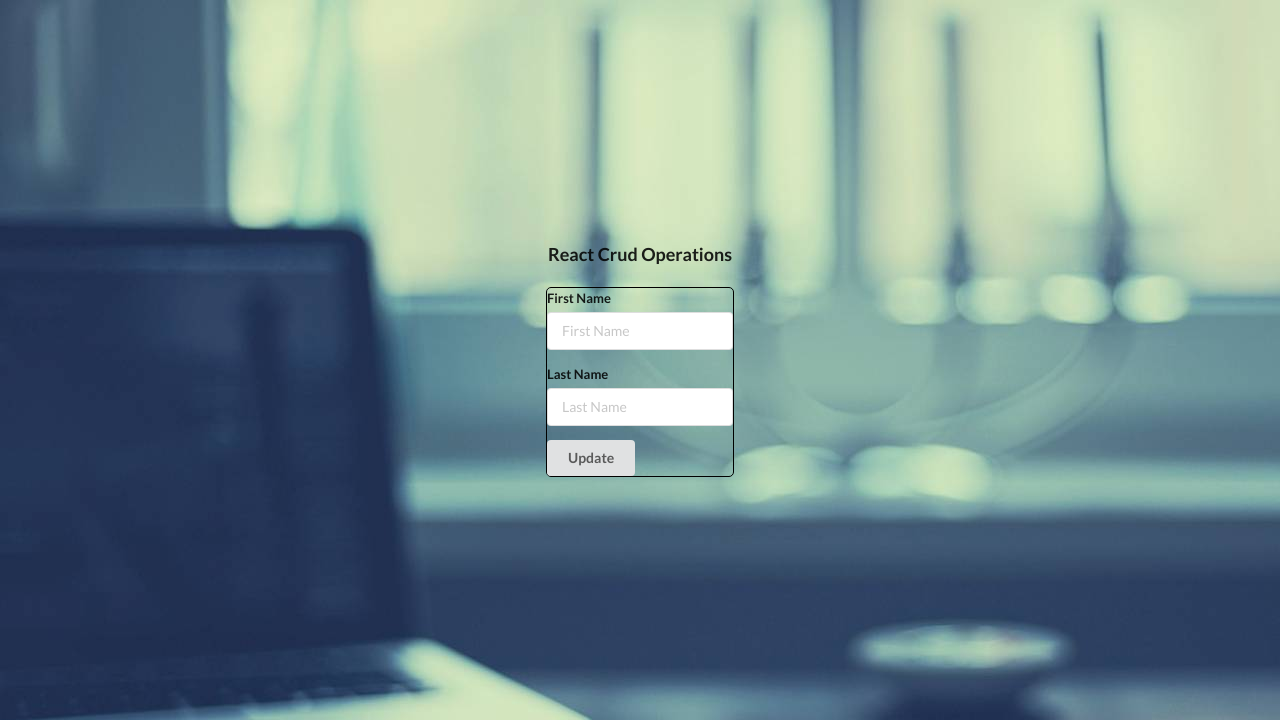
Repository: BhargavRudhra/React-CRUD
Page: /update
These files come from the project's save history. The page is drawn as it stood at one moment and after the next save; the edit follows.
The browser window is 1280 px wide. The pictures show the whole page.
The project was rebuilt for these pictures with package versions that can differ from the ones it lists, and the page was loaded fresh each time. Also part of the build but not shown: src/components/create/create.js, src/components/read/read.js.

Above is the page before, as saved 2022-06-22 23:14:36.

### src/index.js
import React from 'react';
import ReactDOM from 'react-dom';
import './index.css';
import App from './App';
import 'semantic-ui-css/semantic.min.css'

ReactDOM.render(
  <React.StrictMode>
    <App />
  </React.StrictMode>,
  document.getElementById('root')
);

// If you want to start measuring performance in your app, pass a function
// to log results (for example: reportWebVitals(console.log))
// or send to an analytics endpoint. Learn more: https://bit.ly/CRA-vitals

### src/index.css
.form{
    border: 1px solid black;
    border-radius: 5px;
    z-index: 10px;
}

### src/App.js
import './App.css';
import Create from './components/create/create';
import Read from './components/read/read';
import { BrowserRouter as Router, Route } from 'react-router-dom'
import Update from './components/update/update';

function App() {
  return (
    <Router>
      <div className="main">
        <div className='main1'>
          <h3>React Crud Operations</h3>
        </div>

        <div>
          <Route exact path='/' component={Create} />
        </div>

        <div style={{ marginTop: 20 }}>
          <Route exact path='/read' component={Read} />
        </div>

        <Route path='/update' component={Update} />

      </div>
    </Router>
  );
}

export default App;

### src/App.css
.main {
    height: 100vh;
    display: flex;
    justify-content: center;
    align-items: center;
    flex-direction: column;
    width: 100%;
    background-image: url(./images/CRUDpic.jpg);
}

### src/components/update/update.js
import React, { useState, useEffect } from 'react';
import { Form, Button } from 'semantic-ui-react';
import axios from 'axios';
import { useHistory } from 'react-router';
export default function Update() {
    let history = useHistory();
    const [firstName, setFirstName] = useState('');
    const [lastName, setLastName] = useState('');
    const [ID, setID] = useState(null);
    const sendDataToAPI = () => {
        axios.put(`https://crudcrud.com/api/c976988e9e964395b1334615ce84d80d/data${ID}`, {
            firstName,
            lastName
        }).then(() => {
            history.push('/read')
        })
    }

    useEffect(() => {
        setFirstName(localStorage.getItem('firstName'));
        setLastName(localStorage.getItem('lastName'));
        setID(localStorage.getItem('ID'))
    }, [])

    return (
        <div>
            <Form>
                <Form.Field>
                    <label>First Name</label>
                    <input name="fname"
                        value={firstName}
                        onChange={(e) => setFirstName(e.target.value)}
                        placeholder='First Name' />
                </Form.Field>
                <Form.Field>
                    <label>Last Name</label>
                    <input
                        name="lname"
                        value={lastName}
                        placeholder='Last Name'
                        onChange={(e) => setLastName(e.target.value)}
                    />
                </Form.Field>
                <Button type='submit' onClick={sendDataToAPI}>Update</Button>
            </Form>
        </div>
    )
}

Loaded but not shown: public/index.html (common file)

After the next save:
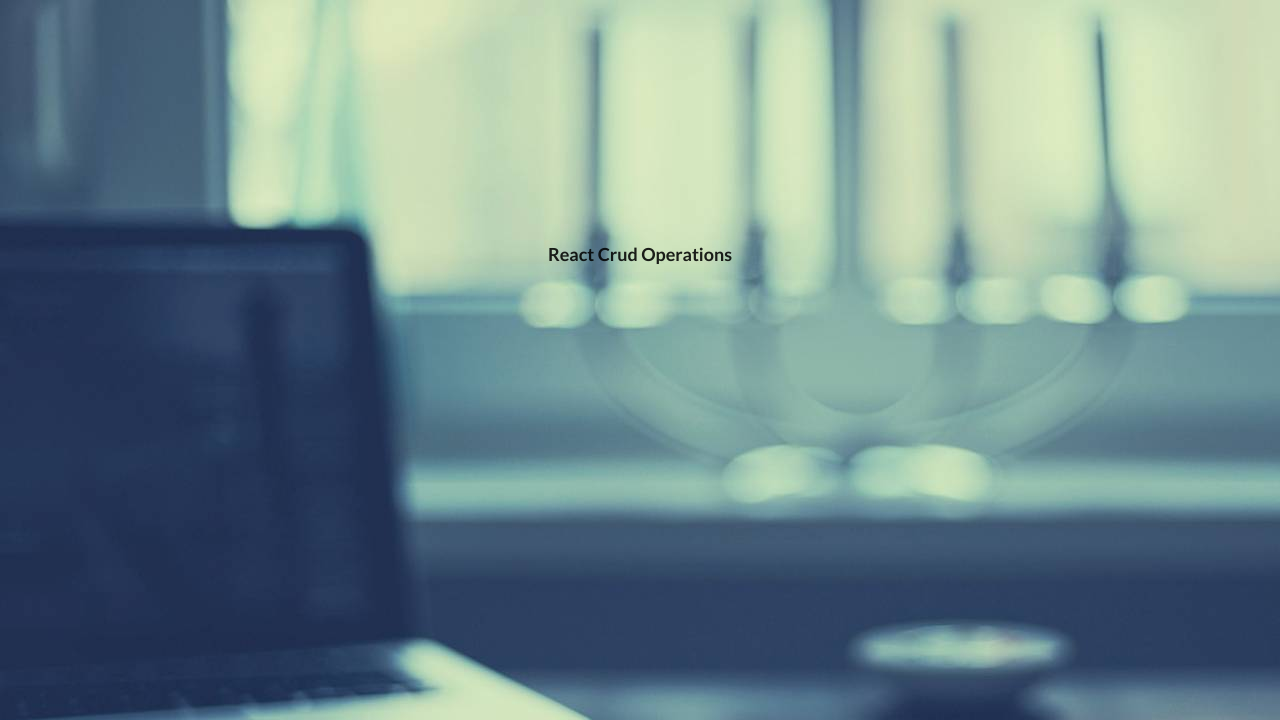
Saved 8 s later.
--- a/src/index.css
+++ b/src/index.css
@@ -1,5 +1,5 @@
 .form{
     border: 1px solid black;
     border-radius: 5px;
-    z-index: 10px;
+    z-index: -1;
 }

After the 2 saves that followed:
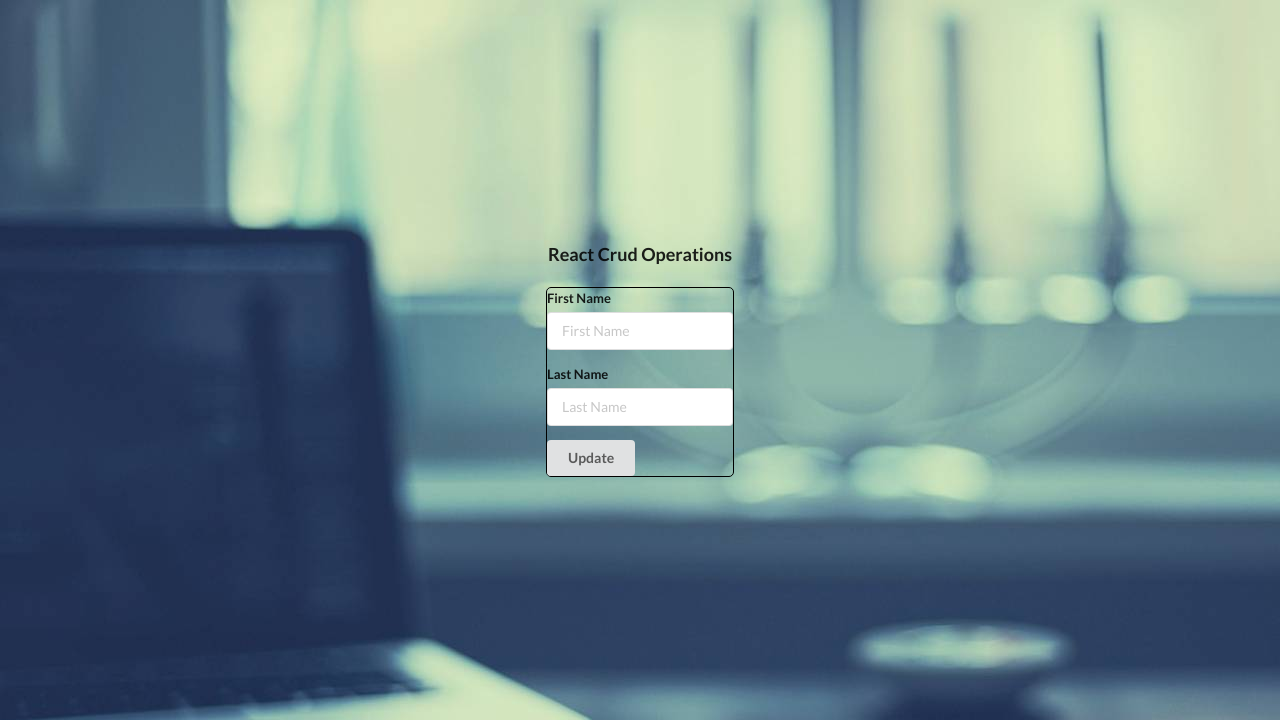
The 2 saves are shown as one change because they came seconds apart.
The last was saved 7 s later.
--- a/src/index.css
+++ b/src/index.css
@@ -1,5 +1,5 @@
 .form{
     border: 1px solid black;
     border-radius: 5px;
-    z-index: -1;
+    z-index: 2;
 }
